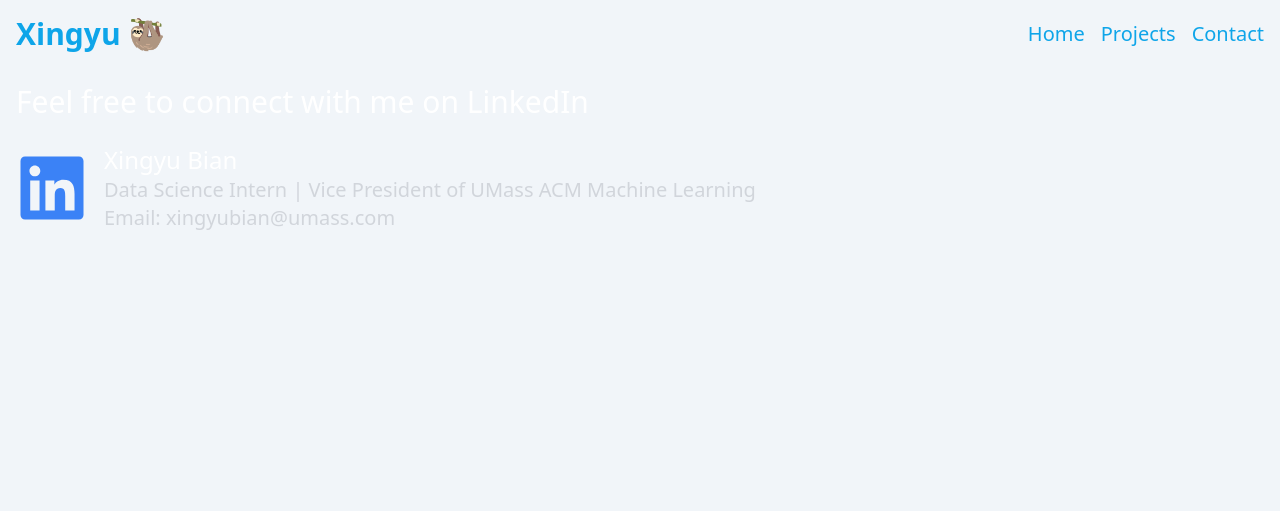
Repository: therealcyberlord/personal-portfolio
Page: /contact
An editor plug-in stored every save of this project. The page is shown before and after the next save, followed by the edit.
The browser window is 1280 px wide. The pictures show the whole page.
The project was rebuilt for these pictures with package versions that can differ from the ones it lists, and the page was loaded fresh each time. Also part of the build but not shown: vite.config.ts, src/components/Profile.tsx, src/pages/Home.tsx, src/pages/Projects.tsx.

Above is the page before, as saved 2023-07-31 22:17:47.

### src/App.tsx
import { BrowserRouter as Router, Routes, Route } from "react-router-dom";
import Home from "./pages/Home";
import About from "./pages/Projects";
import Contact from "./pages/Contact";
import Navbar from "./components/Nav";

function App() {
  return (
    <div className="w-screen h-screen bg-slate-100 dark:bg-slate-800">
      <Router>
        <Navbar />
        <Routes>
          <Route path="/" element={<Home />} />
          <Route path="/about" element={<About />} />
          <Route path="/contact" element={<Contact />} />
        </Routes>
      </Router>
    </div>
  );
}

export default App;

### src/pages/Contact.tsx
import { FaLinkedin } from "react-icons/fa"; // Import the LinkedIn icon from the react-icons library.

const Contact = () => {
  return (
    <div className="px-4 py-4">
      <h1 className="text-white text-2xl md:text-3xl font-medium">
        Feel free to connect with me on LinkedIn
      </h1>
      <div className="py-6 flex items-center">
        <a
          href="https://www.linkedin.com/in/xingyu-bian-1734bb134/"
          target="_blank" // Open the link in a new tab/window.
          rel="noopener noreferrer" // Recommended for security reasons.
          className="text-blue-500"
        >
          <FaLinkedin className="text-6xl md:text-7xl" />
        </a>
        <div className="ml-4">
          <p className="text-white text-xl md:text-2xl">Xingyu Bian</p>
          <p className="text-gray-300 text-lg md:text-xl">
            Data Science Intern | Vice President of UMass ACM Machine Learning
          </p>
          <p className="text-gray-300 text-lg md:text-xl">
            Email: xingyubian@umass.com
          </p>
        </div>
      </div>
    </div>
  );
};

export default Contact;

### src/components/Nav.tsx
import { Link } from "react-router-dom";

const Navbar = () => {
  return (
    <nav className="p-4">
      <div className="flex justify-between items-center">
        <div className="text-sky-500 dark:text-sky-400 font-bold text-3xl">
          Xingyu 🦥
        </div>
        <ul className="flex space-x-4">
          <li>
            <Link
              to="/"
              className="text-sky-500 text-xl dark:text-sky-400 hover:text-blue-200 dark:hover:text-blue-200 transition duration-300"
            >
              Home
            </Link>
          </li>
          <li>
            <Link
              to="/projects"
              className="text-sky-500 text-xl dark:text-sky-400 hover:text-blue-200 dark:hover:text-blue-200 transition duration-300"
            >
              Projects
            </Link>
          </li>
          <li>
            <Link
              to="/contact"
              className="text-sky-500 text-xl dark:text-sky-400 hover:text-blue-200 dark:hover:text-blue-200 transition duration-300"
            >
              Contact
            </Link>
          </li>
        </ul>
      </div>
    </nav>
  );
};

export default Navbar;

### tailwind.config.js
/** @type {import('tailwindcss').Config} */

export default {
  content: ["./index.html", "./src/**/*.{js,ts,jsx,tsx}"],
  theme: {
    extend: {
      colors: {
        primary: "#202225",
        secondary: "#5865f2",
      },
    },
  },
  plugins: [],
};

Loaded but not shown: src/main.tsx (common file); src/index.css (common file)

After the next save:
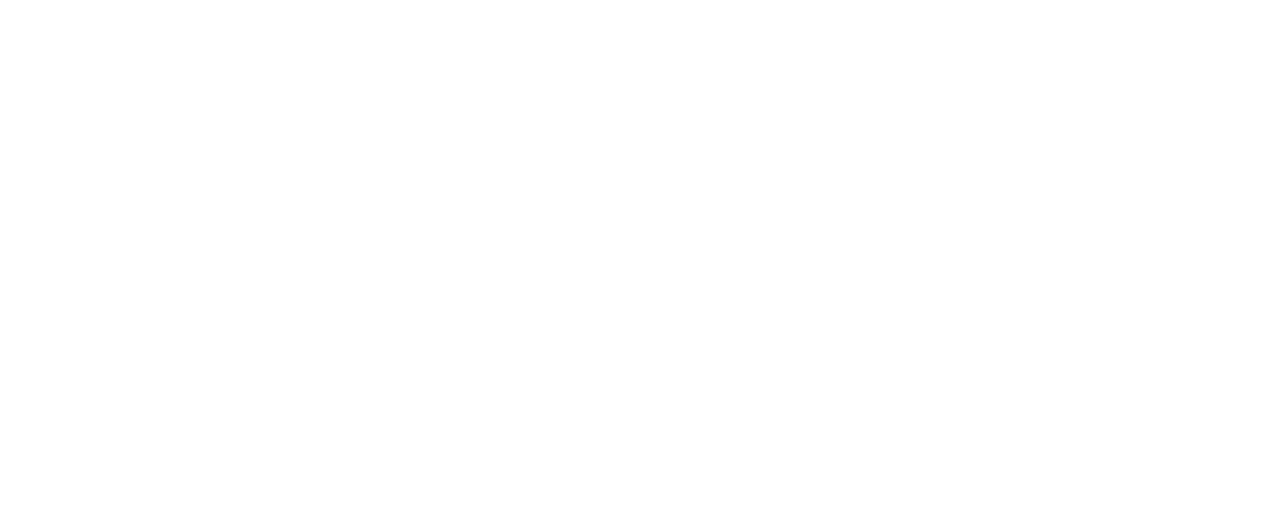
Console error: ReferenceError: FaGithub is not defined
Saved 62 s later.
--- a/src/pages/Contact.tsx
+++ b/src/pages/Contact.tsx
@@ -25,6 +25,42 @@
           </p>
         </div>
       </div>
+
+      {/* GitHub Section */}
+      <div className="py-6 flex items-center">
+        <a
+          href="https://github.com/your-github-username"
+          target="_blank"
+          rel="noopener noreferrer"
+          className="text-blue-500"
+        >
+          <FaGithub className="text-6xl md:text-7xl" />
+        </a>
+        <div className="ml-4">
+          <p className="text-white text-xl md:text-2xl">GitHub</p>
+          <p className="text-gray-300 text-lg md:text-xl">
+            Check out my projects and contributions on GitHub.
+          </p>
+        </div>
+      </div>
+
+      {/* Kaggle Section */}
+      <div className="py-6 flex items-center">
+        <a
+          href="https://www.kaggle.com/your-kaggle-username"
+          target="_blank"
+          rel="noopener noreferrer"
+          className="text-blue-500"
+        >
+          <FaKaggle className="text-6xl md:text-7xl" />
+        </a>
+        <div className="ml-4">
+          <p className="text-white text-xl md:text-2xl">Kaggle</p>
+          <p className="text-gray-300 text-lg md:text-xl">
+            View my Kaggle profile and competition submissions.
+          </p>
+        </div>
+      </div>
     </div>
   );
 };

After the save that followed:
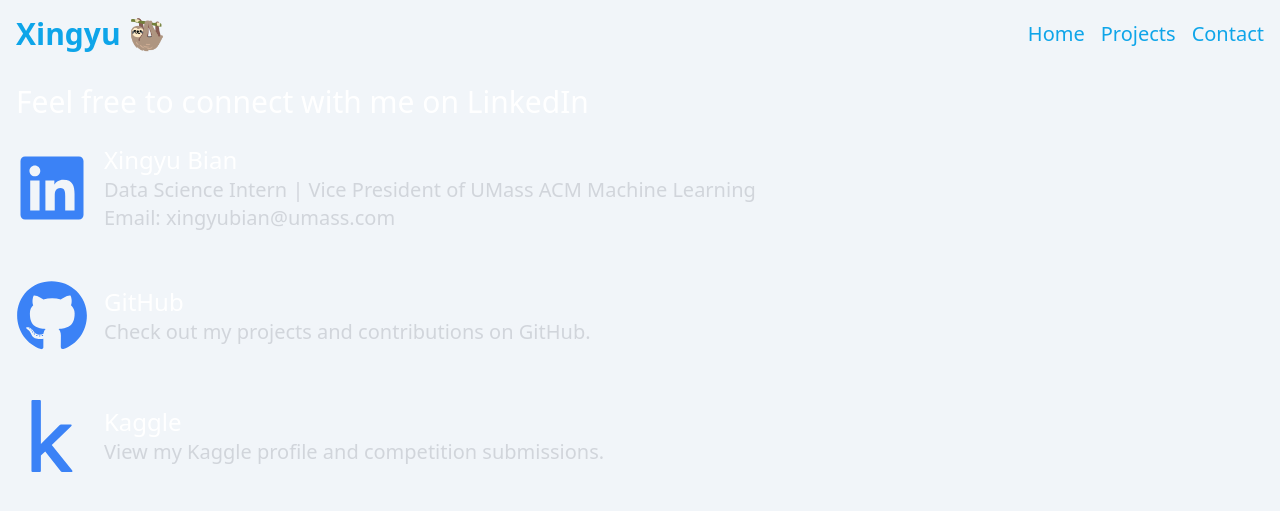
The error is gone.
Saved 34 s later.
--- a/src/pages/Contact.tsx
+++ b/src/pages/Contact.tsx
@@ -1,4 +1,4 @@
-import { FaLinkedin } from "react-icons/fa"; // Import the LinkedIn icon from the react-icons library.
+import { FaLinkedin, FaGithub, FaKaggle } from "react-icons/fa"; // Import the LinkedIn icon from the react-icons library.
 
 const Contact = () => {
   return (
